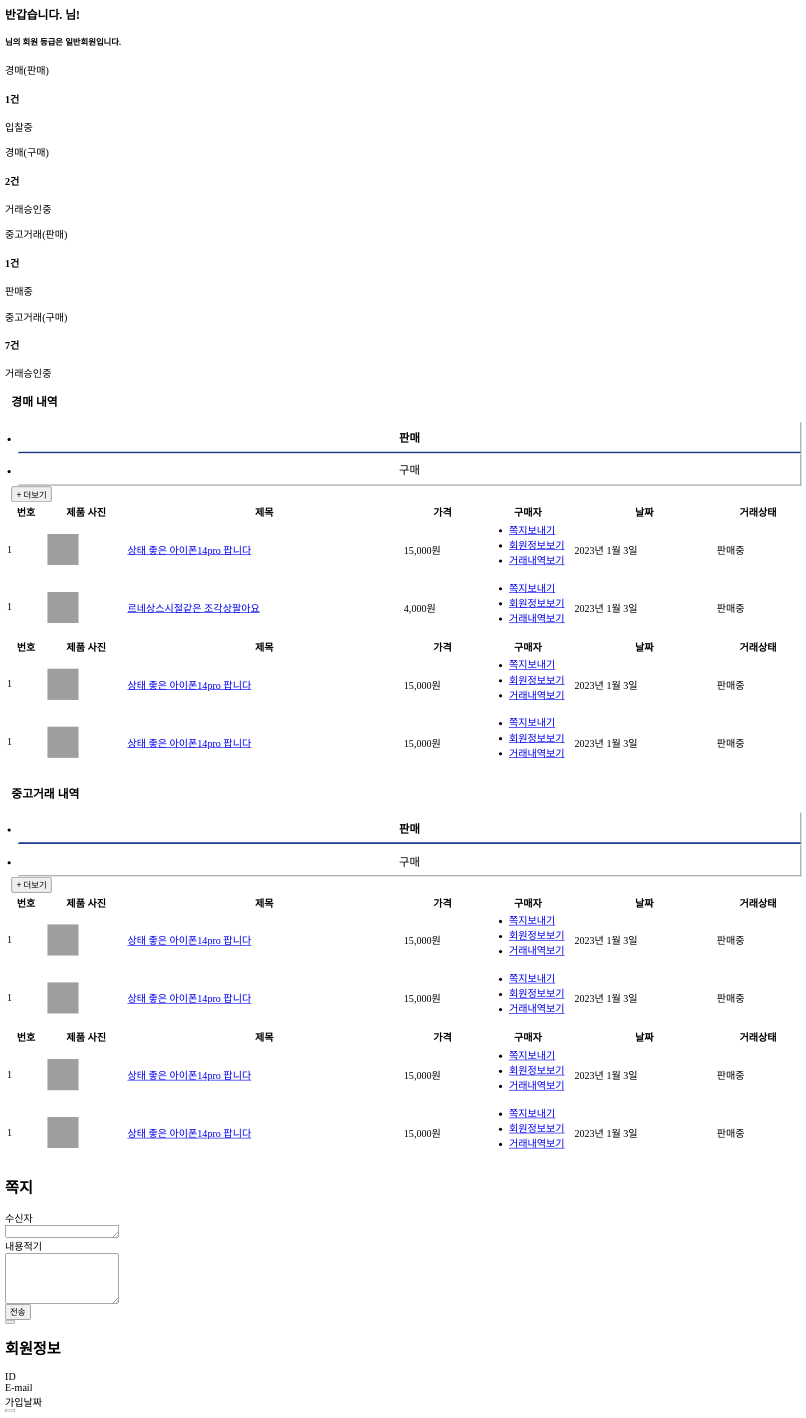
Repository: nicepsj/TeamDevelUp
Page: http://localhost/DevelUp/WEB-INF/history/myongo.jsp
The author's editor kept a copy of each file at every save. The page is drawn from the files as they stood at one save, then again after the next save.
The browser window is 1280 px wide. The pictures show the whole page, at 63% of full size.
Pictures or frames that could not be fetched are drawn as grey boxes. The page is served by Tomcat 9. Nobody is signed in. Other server files are loaded and not shown. The template is opened directly, without the code that normally fills it, so the values that code supplies are empty.

Above is the page before, as saved 2023-01-25 11:56:47.

### DevelUp/src/main/webapp/WEB-INF/history/myongo.jsp
<%@ page language="java" contentType="text/html; charset=UTF-8"	pageEncoding="UTF-8"%>
<%@ taglib prefix="c" uri="http://java.sun.com/jsp/jstl/core" %>
<html>
<head>
<style type="text/css">
.nav {  margin-bottom: 0px;padding-left: 10px;}
.nav-tabs {
    border-bottom: 1px solid #fff;
}
.nav-tabs .nav-link.active, .nav-tabs .nav-item.show .nav-link {

    border-color:#fff;
    font-weight: 900;

    color: black;
    border-bottom: 3px solid #1B3C88  !important;
}

    .nav .nav-item .nav-link {
    width: 100%;
    height: 51px;
       font-size: 18px;

    background: #fff;
    border-color: #fff;
    border-bottom-color: #fff;

}

</style>
<script type="text/javascript">

</script>
</head>
<body>

	<!-- content -->
	<div id="contents">
		<!-- title -->
		<div class="sub_top">
				<h3>반갑습니다.  ${user.member_name} 님!</h3>
				<h5> ${user.member_name} 님의 회원 등급은 일반회원입니다.</h5>
			</div>
		<!-- //title -->

		<!-- 상단 5개 -->
		<div class="row">
				<!--카드 시작-->
				<div class="col-xl-3 col-md-6">
					<div class="card card-stats ">

						<div class="card-body">
							<div class="row">
								<div class="icon-big text-center">
									<div class="numbers">
										<div>
											<p class="card-category"><span class=" my_01">경매</span>(판매)</p>
											<h4 class="card-title">1건</h4>
										</div>
									</div>
								</div>
							</div>
						</div>
						<div class="card-footer text-center"> 입찰중</div>
					</div>
				</div>
				<!--//카드 시작-->
				<!--카드 시작-->
				<div class="col-xl-3 col-md-6">
					<div class="card card-stats ">

						<div class="card-body">
							<div class="row">
								<div class="icon-big text-center">
									<div class="numbers">
										<div>
											<p class="card-category"><span class=" my_01">경매</span>(구매)</p>
											<h4 class="card-title">2건</h4>
										</div>
									</div>
								</div>
							</div>
						</div>
						<div class="card-footer text-center">거래승인중</div>
					</div>
				</div>
				<!--//카드 시작-->
				<!--카드 시작-->
				<div class="col-xl-3 col-md-6">
					<div class="card card-stats ">

						<div class="card-body">
							<div class="row">
								<div class="icon-big text-center">
									<div class="numbers">
										<div>
											<p class="card-category"><span class=" my_01">중고거래</span>(판매)</p>
											<h4 class="card-title">1건</h4>
										</div>
									</div>
								</div>
							</div>
						</div>
						<div class="card-footer text-center">판매중</div>
					</div>
				</div>
				<!--//카드 시작-->
			<!--카드 시작-->
				<div class="col-xl-3 col-md-6">
					<div class="card card-stats ">

						<div class="card-body">
							<div class="row">
								<div class="icon-big text-center">
									<div class="numbers">
										<div>
											<p class="card-category"><span class=" my_01">중고거래</span>(구매)</p>
											<h4 class="card-title">7건</h4>
										</div>
									</div>
								</div>
							</div>
						</div>
						<div class="card-footer text-center">거래승인중</div>
					</div>
				</div>
				<!--//카드 시작-->

				</div>
		<!-- // 상단 5개 -->

		<!-- 성민님 중고거래 탭메뉴 -->
		<div>
		<div class="nav d-flex  mb-2 mt-5">
			<div class="me-auto ">
				<h3>경매 내역</h3>
				<ul class="nav nav-tabs" id="myTab" role="tablist">
			      <li class="nav-item" role="presentation">
			        <button class="nav-link show active" id="normal-tab" data-bs-toggle="tab" data-bs-target="#normal" type="button" role="tab"
			        aria-controls="normal" aria-selected="true">판매</button>
			      </li>
			      <li class="nav-item" role="presentation">
			        <button class="nav-link" id="corp-tab" data-bs-toggle="tab" data-bs-target="#corp" type="button" role="tab" aria-controls="corp"
			        aria-selected="false">구매</button>
			      </li>
			    </ul>

			</div>
			<div class="btndiv">
				<button class="btn" d-flex="" justify-content-end="" onclick="location.href='/ongo/history/historylist' ">+
					더보기</button>
			</div>
		</div>
			<!-- 내용 -->
			<div class="tab-content">
			  	<!--판매 -->
			      <div class="tab-pane fade active show" id="normal" role="tabpanel" aria-labelledby="normal-tab">
			        	<table class="table table-borderless">
									<colgroup>
										<col width="5%">
										<!-- 번호 -->
										<col width="10%">
										<!-- 제품사진 -->
										<col width="35%">
										<!-- 제목 -->
										<col width="10%">
										<!-- 가격 -->
										<col width="10%">
										<!-- 구매자 -->
										<col width="*">
										<!-- 날짜 -->
										<col width="*">
										<!-- 거래상태 -->
									</colgroup>
									<thead>
										<tr>
											<th class="table-header" scope="col">번호</th>
											<th class="table-header" scope="col">제품 사진</th>
											<th class="table-header-title" scope="col">제목</th>
											<th class="table-header" scope="col">가격</th>
											<th class="table-header" scope="col">구매자</th>
											<th class="table-header" scope="col">날짜</th>
											<th class="table-header" scope="col">거래상태</th>
										</tr>
									</thead>
									<tbody>
										<tr>
											<td><span class="gray-bold">1</span></td>
											<td><img alt="" src="https://i.imgur.com/5Aqgz7o.jpg" width="50" height="50"></td>
											<td><span><a href="/ongo/history/joongodetail">상태 좋은 아이폰14pro 팝니다</a></span></td>
											<td><span >15,000원</span></td>
											<td>
											<span class="blue-bold">
											<a class="nav-link dropdown-toggle" href="#" role="button" data-bs-toggle="dropdown" aria-expanded="false" >
									          ${user.member_id}
									        </a>
									        <ul class="dropdown-menu" style="width: 100px;">
									            <li><a class="dropdown-item" href="#" title="쪽지보내기 팝업" data-bs-toggle="modal" data-bs-target="#sendNoteModal" id=sendnote>쪽지보내기</a></li>
									            <li><a class="dropdown-item" href="#" title="회원정보 팝업" data-bs-toggle="modal" data-bs-target="#userInfoModal" id=userinfo>회원정보보기</a></li>
									            <li><a class="dropdown-item" href="#">거래내역보기</a></li>
									        </ul>
											</td>
											<td>2023년 1월 3일</td>
											<td>판매중</td>
										</tr>
										<tr>
											<td><span class="gray-bold">1</span></td>
											<td><img alt="" src="https://i.imgur.com/5Aqgz7o.jpg" width="50" height="50"></td>
											<td><span class="blue-bold"><a href="/ongo/history/joongodetail">르네상스시절같은 조각상팔아요</a></span></td>
											<td><span class="blue-bold">4,000원</span></td>
											<td>
											<span class="blue-bold">
											<a class="nav-link dropdown-toggle" href="#" role="button" data-bs-toggle="dropdown" aria-expanded="false" >
									          ${user.member_id}
									        </a>
									        <ul class="dropdown-menu" style="width: 100px;">
									            <li><a class="dropdown-item" href="#" title="쪽지보내기 팝업" data-bs-toggle="modal" data-bs-target="#sendNoteModal" id=sendnote>쪽지보내기</a></li>
									            <li><a class="dropdown-item" href="#" title="회원정보 팝업" data-bs-toggle="modal" data-bs-target="#userInfoModal" id=userinfo>회원정보보기</a></li>
									            <li><a class="dropdown-item" href="#">거래내역보기</a></li>
									        </ul>
											</td>
											<td>2023년 1월 3일</td>
											<td>판매중</td>
										</tr>
									</tbody>
								</table>
			      </div>
			      <!-- 구매 -->
			      <div class="tab-pane fade" id="corp" role="tabpanel" aria-labelledby="corp-tab">
			       	<table class="table table-borderless">
									<colgroup>
										<col width="5%">
										<!-- 번호 -->
										<col width="10%">
										<!-- 제품사진 -->
										<col width="35%">
										<!-- 제목 -->
										<col width="10%">
										<!-- 가격 -->
										<col width="10%">
										<!-- 구매자 -->
										<col width="*">
										<!-- 날짜 -->
										<col width="*">
										<!-- 거래상태 -->
									</colgroup>
									<thead>
										<tr>
											<th class="table-header" scope="col">번호</th>
											<th class="table-header" scope="col">제품 사진</th>
											<th class="table-header-title" scope="col">제목</th>
											<th class="table-header" scope="col">가격</th>
											<th class="table-header" scope="col">구매자</th>
											<th class="table-header" scope="col">날짜</th>
											<th class="table-header" scope="col">거래상태</th>
										</tr>
									</thead>
									<tbody>
										<tr>
											<td><span class="gray-bold">1</span></td>
											<td><img alt="" src="https://i.imgur.com/5Aqgz7o.jpg" width="50" height="50"></td>
											<td><span class="blue-bold"><a href="/ongo/history/joongodetail">상태 좋은 아이폰14pro 팝니다</a></span></td>
											<td><span class="blue-bold">15,000원</span></td>
											<td>
											<span class="blue-bold">
											<a class="nav-link dropdown-toggle" href="#" role="button" data-bs-toggle="dropdown" aria-expanded="false" >
									          ${user.member_id}
									        </a>
									        <ul class="dropdown-menu" style="width: 100px;">
									            <li><a class="dropdown-item" href="#" title="쪽지보내기 팝업" data-bs-toggle="modal" data-bs-target="#sendNoteModal" id=sendnote>쪽지보내기</a></li>
									            <li><a class="dropdown-item" href="#" title="회원정보 팝업" data-bs-toggle="modal" data-bs-target="#userInfoModal" id=userinfo>회원정보보기</a></li>
									            <li><a class="dropdown-item" href="#">거래내역보기</a></li>
									        </ul>
											</td>
											<td>2023년 1월 3일</td>
											<td>판매중</td>
										</tr>
										<tr>
											<td><span class="gray-bold">1</span></td>
											<td><img alt="" src="https://i.imgur.com/5Aqgz7o.jpg" width="50" height="50"></td>
											<td><span class="blue-bold"><a href="/ongo/history/joongodetail">상태 좋은 아이폰14pro 팝니다</a></span></td>
											<td><span class="blue-bold">15,000원</span></td>
											<td>
											<span class="blue-bold">
											<a class="nav-link dropdown-toggle" href="#" role="button" data-bs-toggle="dropdown" aria-expanded="false" >
									          ${user.member_id}
									        </a>
									        <ul class="dropdown-menu" style="width: 100px;">
									            <li><a class="dropdown-item" href="#" title="쪽지보내기 팝업" data-bs-toggle="modal" data-bs-target="#sendNoteModal" id=sendnote>쪽지보내기</a></li>
									            <li><a class="dropdown-item" href="#" title="회원정보 팝업" data-bs-toggle="modal" data-bs-target="#userInfoModal" id=userinfo>회원정보보기</a></li>
									            <li><a class="dropdown-item" href="#">거래내역보기</a></li>
									        </ul>
											</td>
											<td>2023년 1월 3일</td>
											<td>판매중</td>
										</tr>
									</tbody>
								</table>
			      </div>
			    </div>
		</div><!-- // 성민님 경매 탭메뉴 -->

		<!-- 윤희님 중고거래 탭메뉴 -->
		<div>
		<div class="nav d-flex  mb-2 mt-5">
			<div class="me-auto ">
				<h3>중고거래 내역</h3>
				<ul class="nav nav-tabs" role="tablist">
			      <li class="nav-item" role="presentation">
			        <button class="nav-link show active" id="normal-tab2" data-bs-toggle="tab" data-bs-target="#normal2" type="button" role="tab"
			        aria-controls="normal2" aria-selected="true">판매</button>
			      </li>
			      <li class="nav-item" role="presentation">
			        <button class="nav-link" id="corp-tab2" data-bs-toggle="tab" data-bs-target="#corp2" type="button" role="tab" aria-controls="corp2"
			        aria-selected="false">구매</button>
			      </li>
			    </ul>

			</div>
			<div class="btndiv">
				<button class="btn" d-flex="" justify-content-end="" onclick="location.href='/ongo/history/historylist' ">+
					더보기</button>
			</div>
		</div>
			<!-- 내용 -->
			<div class="tab-content">
			  	<!--판매 -->
			      <div class="tab-pane fade active show" id="normal2" role="tabpanel" aria-labelledby="normal-tab2">
			        	<table class="table table-borderless">
									<colgroup>
										<col width="5%">
										<!-- 번호 -->
										<col width="10%">
										<!-- 제품사진 -->
										<col width="35%">
										<!-- 제목 -->
										<col width="10%">
										<!-- 가격 -->
										<col width="10%">
										<!-- 구매자 -->
										<col width="*">
										<!-- 날짜 -->
										<col width="*">
										<!-- 거래상태 -->
									</colgroup>
									<thead>
										<tr>
											<th class="table-header" scope="col">번호</th>
											<th class="table-header" scope="col">제품 사진</th>
											<th class="table-header-title" scope="col">제목</th>
											<th class="table-header" scope="col">가격</th>
											<th class="table-header" scope="col">구매자</th>
											<th class="table-header" scope="col">날짜</th>
											<th class="table-header" scope="col">거래상태</th>
										</tr>
									</thead>
									<tbody>
										<tr>
											<td><span class="gray-bold">1</span></td>
											<td><img alt="" src="https://i.imgur.com/5Aqgz7o.jpg" width="50" height="50"></td>
											<td><span class="blue-bold"><a href="/ongo/history/joongodetail">상태 좋은 아이폰14pro 팝니다</a></span></td>
											<td><span class="blue-bold">15,000원</span></td>
											<td>
											<span class="blue-bold">
											<a class="nav-link dropdown-toggle" href="#" role="button" data-bs-toggle="dropdown" aria-expanded="false" >
									          ${user.member_id}
									        </a>
									        <ul class="dropdown-menu" style="width: 100px;">
									            <li><a class="dropdown-item" href="#" title="쪽지보내기 팝업" data-bs-toggle="modal" data-bs-target="#sendNoteModal" id=sendnote>쪽지보내기</a></li>
									            <li><a class="dropdown-item" href="#" title="회원정보 팝업" data-bs-toggle="modal" data-bs-target="#userInfoModal" id=userinfo>회원정보보기</a></li>
									            <li><a class="dropdown-item" href="#">거래내역보기</a></li>
									        </ul>
											</td>
											<td>2023년 1월 3일</td>
											<td>판매중</td>
										</tr>
										<tr>
											<td><span class="gray-bold">1</span></td>
											<td><img alt="" src="https://i.imgur.com/5Aqgz7o.jpg" width="50" height="50"></td>
											<td><span class="blue-bold"><a href="/ongo/history/joongodetail">상태 좋은 아이폰14pro 팝니다</a></span></td>
											<td><span class="blue-bold">15,000원</span></td>
										<td>
											<span class="blue-bold">
											<a class="nav-link dropdown-toggle" href="#" role="button" data-bs-toggle="dropdown" aria-expanded="false" >
									          ${user.member_id}
									        </a>
									        <ul class="dropdown-menu" style="width: 100px;">
									            <li><a class="dropdown-item" href="#" title="쪽지보내기 팝업" data-bs-toggle="modal" data-bs-target="#sendNoteModal" id=sendnote>쪽지보내기</a></li>
									            <li><a class="dropdown-item" href="#" title="회원정보 팝업" data-bs-toggle="modal" data-bs-target="#userInfoModal" id=userinfo>회원정보보기</a></li>
									            <li><a class="dropdown-item" href="#">거래내역보기</a></li>
									        </ul>
											</td>
											<td>2023년 1월 3일</td>
											<td>판매중</td>
										</tr>
									</tbody>
								</table>
			      </div>
			      <!-- 구매 -->
			      <div class="tab-pane fade" id="corp2" role="tabpanel" aria-labelledby="corp-tab2">
			       	<table class="table table-borderless">
									<colgroup>
										<col width="5%">
										<!-- 번호 -->
										<col width="10%">
										<!-- 제품사진 -->
										<col width="35%">
										<!-- 제목 -->
										<col width="10%">
										<!-- 가격 -->
										<col width="10%">
										<!-- 구매자 -->
										<col width="*">
										<!-- 날짜 -->
										<col width="*">
										<!-- 거래상태 -->
									</colgroup>
									<thead>
										<tr>
											<th class="table-header" scope="col">번호</th>
											<th class="table-header" scope="col">제품 사진</th>
											<th class="table-header-title" scope="col">제목</th>
											<th class="table-header" scope="col">가격</th>
											<th class="table-header" scope="col">구매자</th>
											<th class="table-header" scope="col">날짜</th>
											<th class="table-header" scope="col">거래상태</th>
										</tr>
									</thead>
									<tbody>
										<tr>
											<td><span class="gray-bold">1</span></td>
											<td><img alt="" src="https://i.imgur.com/5Aqgz7o.jpg" width="50" height="50"></td>
											<td><span class="blue-bold"><a href="/ongo/history/joongodetail">상태 좋은 아이폰14pro 팝니다</a></span></td>
											<td><span class="blue-bold">15,000원</span></td>
											<td>
											<span class="blue-bold">
											<a class="nav-link dropdown-toggle" href="#" role="button" data-bs-toggle="dropdown" aria-expanded="false" >
									          ${user.member_id}
									        </a>
									        <ul class="dropdown-menu" style="width: 100px;">
									            <li><a class="dropdown-item" href="#" title="쪽지보내기 팝업" data-bs-toggle="modal" data-bs-target="#sendNoteModal" id=sendnote>쪽지보내기</a></li>
									            <li><a class="dropdown-item" href="#" title="회원정보 팝업" data-bs-toggle="modal" data-bs-target="#userInfoModal" id=userinfo>회원정보보기</a></li>
									            <li><a class="dropdown-item" href="#">거래내역보기</a></li>
									        </ul>
											</td>
											<td>2023년 1월 3일</td>
											<td>판매중</td>
										</tr>
										<tr>
											<td><span class="gray-bold">1</span></td>
											<td><img alt="" src="https://i.imgur.com/5Aqgz7o.jpg" width="50" height="50"></td>
											<td><span class="blue-bold"><a href="/ongo/history/joongodetail">상태 좋은 아이폰14pro 팝니다</a></span></td>
											<td><span class="blue-bold">15,000원</span></td>
											<td>
											<span class="blue-bold">
											<a class="nav-link dropdown-toggle" href="#" role="button" data-bs-toggle="dropdown" aria-expanded="false" >
									          ${user.member_id}
									        </a>
									        <ul class="dropdown-menu" style="width: 100px;">
									            <li><a class="dropdown-item" href="#" title="쪽지보내기 팝업" data-bs-toggle="modal" data-bs-target="#sendNoteModal" id=sendnote>쪽지보내기</a></li>
									            <li><a class="dropdown-item" href="#" title="회원정보 팝업" data-bs-toggle="modal" data-bs-target="#userInfoModal" id=userinfo>회원정보보기</a></li>
									            <li><a class="dropdown-item" href="#">거래내역보기</a></li>
									        </ul>
											</td>
											<td>2023년 1월 3일</td>
											<td>판매중</td>
										</tr>
									</tbody>
								</table>
			      </div>
			    </div>
		</div><!-- //중고거래 탭메뉴 -->

</div><!-- //컨텐츠  -->


<!-- send note modal -->
	<div class="modal fade" id="sendNoteModal" tabindex="-1"
		aria-labelledby="Modal" aria-hidden="true">
		<form action="/ongo/mypage/note/sendnote" method="post">
			<div class="modal-dialog">
				<div class="modal-content">
					<div class="modal-body">
						<div class="modal-tit">
							<h2 class="h3">쪽지</h2>
						</div>
						<div class="modal-con">
							<div class="tbl grid-layout grid1">
								<div class="grid-item">
									<label for="IUY_CLSS_NM">수신자</label>
									<div class="tbl-basic-td">
										<div class="input-wrap w100">
											<span><textarea class="grid-input" role="textbox" id="reply_receive_id" name="receive_id" title="수신자" maxlength="500" rows="1" ></textarea></span>
											<input type="text" hidden="true" id="send_id" name="send_id">
										</div>
									</div>
								</div>
								<div class="grid-item">
									<label for="IUY_CLSS_CNTS">내용적기</label>
									<div class="tbl-basic-td">
										<div class="input-wrap w100">
											<div class="input-wrap w100">
												<textarea class="grid-input" role="textbox"
													id="content" name="content"
													title="쪽지내용 입력" maxlength="500" rows="5" required="required"></textarea>
											</div>
										</div>
									</div>
								</div>
							</div>
						</div>
						<div class="btn-area">
							<button type="submit" class="btn btn-warning text-white btn-large"
								data-bs-dismiss="modal" aria-label="Close" onclick="sendNote()">전송</button>
						</div>
						<!-- 닫기버튼 -->
						<button type="button" class="btn-close" data-bs-dismiss="modal"
							aria-label="Close">
							<i class="las la-times"></i>
						</button>
						<!-- //닫기버튼 -->
					</div>
				</div>
			</div>
		</form>
	</div>
	<!-- //send note modal -->

	<!-- user info modal -->
	<div class="modal fade" id="userInfoModal" tabindex="-1"
		aria-labelledby="Modal" aria-hidden="true">
		<div class="modal-dialog">
			<div class="modal-content">
				<div class="modal-body">
					<div class="modal-tit">
						<h2 class="h3">회원정보</h2>
					</div>
					<div class="modal-con">
						<div class="tbl grid-layout grid1">
							<div class="grid-item">
								<label for="IUY_CLSS_NM">ID</label>
								<div class="tbl-basic-td">
									<div class="input-wrap w100">
										<span id="member_id"></span>
									</div>
								</div>
							</div>
							<div class="grid-item">
								<label for="IUY_CLSS_CNTS">E-mail</label>
								<div class="tbl-basic-td">
									<div class="input-wrap w100">
										<span id="member_email"></span>
									</div>
								</div>
							</div>
							<div class="grid-item">
								<label for="IUY_CLSS_CNTS">가입날짜</label>
								<div class="tbl-basic-td">
									<div class="input-wrap w100">
										<span id="member_date"></span>
									</div>
								</div>
							</div>
						</div>
					</div>
					<!-- 닫기버튼 -->
					<button type="button" class="btn-close" data-bs-dismiss="modal"
						aria-label="Close">
						<i class="las la-times"></i>
					</button>
					<!-- //닫기버튼 -->
				</div>
			</div>
		</div>
	</div>
	<!-- //user info modal -->


</body>
</html>

After the next save:
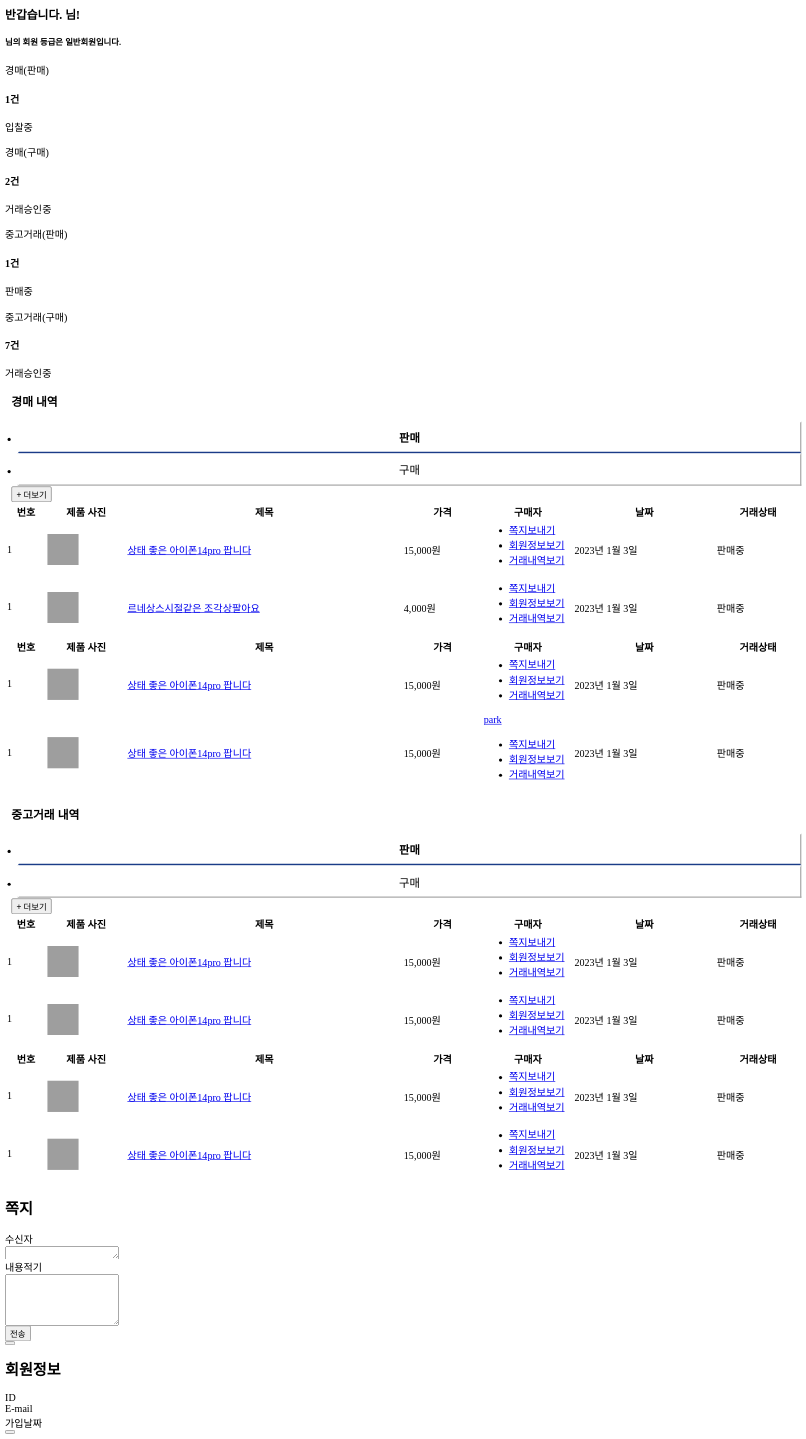
Saved 51 s later.
--- a/DevelUp/src/main/webapp/WEB-INF/history/myongo.jsp
+++ b/DevelUp/src/main/webapp/WEB-INF/history/myongo.jsp
@@ -283,7 +283,7 @@
 											<td>
 											<span class="blue-bold">
 											<a class="nav-link dropdown-toggle" href="#" role="button" data-bs-toggle="dropdown" aria-expanded="false" >
-									          ${user.member_id}
+									         park
 									        </a>
 									        <ul class="dropdown-menu" style="width: 100px;">
 									            <li><a class="dropdown-item" href="#" title="쪽지보내기 팝업" data-bs-toggle="modal" data-bs-target="#sendNoteModal" id=sendnote>쪽지보내기</a></li>
